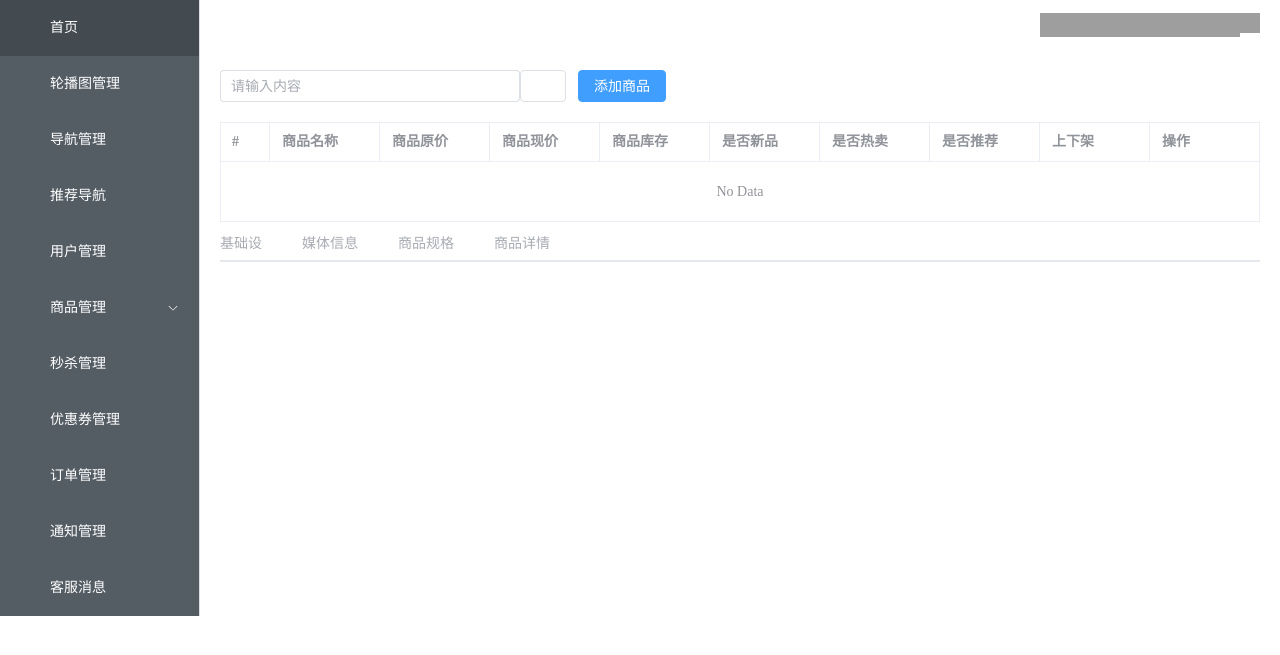
Repository: xinwuhao/CCG
Page: /addgoods
The author's editor kept a copy of each file at every save. The page is drawn from the files as they stood at one save, then again after the next save.
The browser window is 1280 px wide. The pictures show the whole page.
Pictures or frames that could not be fetched are drawn as grey boxes. The page's requests for data from a server got no answer. The project was rebuilt for these pictures with package versions that can differ from the ones it lists, and the page was loaded fresh each time. No one was signed in, and anything a server would have sent is missing. Also part of the build but not shown: vite.config.ts.

Above is the page before, as saved 2021-09-24 11:16:40.

### src/main.ts
import { createApp } from 'vue'
import App from "./App.vue";
import router from "./router"
import ElementPlus from 'element-plus'
import 'element-plus/dist/index.css'
import * as Icons from '@element-plus/icons'
import { toLine } from './utils/index'

const app = createApp(App)

for (let i in Icons) {
    app.component(`el-icon${toLine(i)}`, (Icons as any)[i])
}

app.use(router)
app.use(ElementPlus)
app.mount('#app')

### src/App.vue
<template>
  <div>
    <router-view></router-view>
  </div>
</template>

<script setup lang="ts">
</script>

<style lang='scss'>
@import "./scssbox.scss";
</style>

### src/router/index.ts
import { createRouter, createWebHistory, RouteRecordRaw } from 'vue-router'
// import Home from '../views/homepage/homepage.vue'
import Layout from '../views/layout/Layout.vue'

const routes: Array<RouteRecordRaw> = [
  {
    path: '/login',
    name: 'Logon',
    component: () => import('../views/login/Login.vue'),
    meta: {
      title: '登录'
    }
  },
  {
    path: '/',
    component: Layout,
    // 子路由: children
    children: [
      {
        path: '/',
        name: '/',
        component: () => import('../views/homepage/homepage.vue'),
        meta: {
          title: '首页',
          meta: '/homepage'
        }
      },
      {
        path: '/discount',
        name: 'discount',
        component: () => import('../views/discount/discount.vue'),
        meta: {
          title: '优惠券管理',
          meta: '/discount'
        }
      },
      {
        path: '/navigation',
        name: 'navigation',
        component: () => import('../views/navigation/navigation.vue'),
        meta: {
          title: '导航管理',
          meta: '/navigation'
        }
      },
      {
        path: '/swiper',
        name: 'swiper',
        component: () => import('../views/swiper/swiper.vue'),
        meta: {
          title: '轮播图管理',
          meta: '/swiper'
        }
      },
      {
        path: '/recommend',
        name: 'recommend',
        component: () => import('../views/recommend/recommend.vue'),
        meta: {
          title: '推荐导航',
          meta: '/recommend'
        }
      },
      {
        path: '/user',
        name: 'user',
        component: () => import('../views/user/user.vue'),
        meta: {
          title: '用户管理',
          meta: '/user'
        }
      },
      {
        path: '/addgoods',
        name: 'addgoods',
        component: () => import('../views/goods/addgoods.vue'),
        meta: {
          title: '添加商品',
          meta: '/addgoods'
        }
      },
      {
        path: '/sortgoods',
        name: 'sortgoods',
        component: () => import('../views/goods/sortgoods.vue'),
        meta: {
          title: '商品分类',
          meta: '/sortgoods'
        }
      },
      {
        path: '/modelgoods',
        name: 'modelgoods',
        component: () => import('../views/goods/modelgoods.vue'),
        meta: {
          title: '商品模型',
          meta: '/modelgoods'
        }
      },
      {
        path: '/specsgoods',
        name: 'specsgoods',
        component: () => import('../views/goods/specsgoods.vue'),
        meta: {
          title: '商品规格',
          meta: '/specsgoods'
        }
      },
      {
        path: '/parametergoods',
        name: 'parametergoods',
        component: () => import('../views/goods/parametergoods.vue'),
        meta: {
          title: '商品参数',
          meta: '/parametergoods'
        }
      },
      {
        path: '/specifications',
        name: 'specifications',
        component: () => import('../views/goods/specifications.vue'),
        meta: {
          title: '规格参数',
          meta: '/specifications'
        }
      },
      {
        path: '/seckill',
        name: 'seckill',
        component: () => import('../views/seckill/seckill.vue'),
        meta: {
          title: '秒杀管理',
          meta: '/seckill'
        }
      },
      {
        path: '/order',
        name: 'order',
        component: () => import('../views/order/order.vue'),
        meta: {
          title: '订单管理',
          meta: '/order'
        }
      },
      {
        path: '/notice',
        name: 'notice',
        component: () => import('../views/notice/notice.vue'),
        meta: {
          title: '通知管理',
          meta: '/notice'
        }
      },
      {
        path: '/news',
        name: 'news',
        component: () => import('../views/news/news.vue'),
        meta: {
          title: '客服消息',
          meta: '/news'
        }
      },
    ]
  }
]

const router = createRouter({
  history: createWebHistory(),
  routes
})

router.beforeEach((to, from, next) => {
  document.title = to.meta.title as string
  next()
})

export default router

### src/utils/index.ts
export const toLine = (str: string) => {
  return str.replace(/([A-Z])/g, "-$1").toLowerCase()
}

### src/scssbox.scss
* {
    margin: 0;
    padding: 0;
}

html,
body,
#app,
.el-container,
.el-menu {
    height: 100%;
}

### src/views/layout/Layout.vue
<template>
  <el-container>
    <el-aside width="auto">
      <nav-left :isCollapse='isCollapse'></nav-left>
    </el-aside>
    <el-container>
     <el-header>
        <nav-header v-model:isCollapse='isCollapse'></nav-header>
     </el-header>
      <el-main>
        <router-view></router-view>
      </el-main>
    </el-container>
  </el-container>
</template>

<script setup lang="ts">
import { ref, reactive } from 'vue'
import NavHeader from  '../../components/navHeader/NavHeader.vue'
import NavLeft from  '../../components/navLeft/NavLeft.vue'

interface Data {
  name: string,
  age: number
}

let isCollapse = ref<boolean>(false)
let data = reactive<Data>({
  name: 'jack',
  age: 20
})
</script>

<style scoped lang="scss">
.el-header {
  height: 50px;
  padding: 0;
}
</style>

### src/views/goods/addgoods.vue
<template>
  <div>
    <div v-if="judge == 0">
      <div class="searchBox">
        <el-input
          placeholder="请输入内容"
          v-model="input"
          clearable
          class="inputBox"
        >
        </el-input>
        <el-button icon="el-icon-search" @click="obtain"></el-button>
        <el-button type="primary" @click="ON">添加商品</el-button>
      </div>
      <!-- 表格 -->
      <div style="margin-top: 20px">
        <el-table :data="tableData" border style="width: 100%">
          <el-table-column label="#" type="index" width="50"> </el-table-column>
          <el-table-column prop="content" label="商品名称"> </el-table-column>
          <el-table-column prop="content" label="商品原价"> </el-table-column>
          <el-table-column prop="content" label="商品现价"> </el-table-column>
          <el-table-column prop="content" label="商品库存"> </el-table-column>
          <el-table-column label="是否新品">
            <template #default="scope">
              <div>
                {{ scope.row.isShow == true ? "是" : "否" }}
              </div>
            </template>
          </el-table-column>
          <el-table-column label="是否热卖">
            <template #default="scope">
              <div>
                {{ scope.row.isShow == true ? "是" : "否" }}
              </div>
            </template>
          </el-table-column>
          <el-table-column label="是否推荐">
            <template #default="scope">
              <div>
                {{ scope.row.isShow == true ? "是" : "否" }}
              </div>
            </template>
          </el-table-column>
          <el-table-column fixed="right" label="上下架">
            <template #default="scope">
              <el-switch
                v-model="scope.row.isShow"
                active-color="#1E90FF"
                inactive-color="#ff4949"
                @change="chen(scope.row)"
              >
              </el-switch>
            </template>
          </el-table-column>
          <el-table-column fixed="right" label="操作">
            <template #default="scope">
              <el-button @click="reduce(scope.row)" type="text" size="small"
                >删除</el-button
              >
              <el-button type="text" size="small" @click="alter(scope.row)"
                >编辑</el-button
              >
            </template>
          </el-table-column>
        </el-table>
      </div>
    </div>

    <!-- 添加商品弹出层 -->
    <div v-if="judge !== 0">
      <el-tabs v-model="judge">
        <el-tab-pane label="基础设" name="1" disabled>User</el-tab-pane>
        <el-tab-pane label="媒体信息" name="2" disabled>Config</el-tab-pane>
        <el-tab-pane label="商品规格" name="3" disabled>Role</el-tab-pane>
        <el-tab-pane label="商品详情" name="4" disabled>Task</el-tab-pane>
      </el-tabs>
    </div>
  </div>
</template>

<script setup lang="ts">
import { ref, onMounted } from "vue";
import api from "../../http/aip";
import { ElMessage } from "element-plus";

interface Obj {
  content: string;
}
// 输入框
let input = ref<any>("");
//切换层
let judge = ref<string>("0");
//上传图片token
let abc = { Authorization: localStorage.getItem("token") };
//表格数据
let tableData = ref<any>([]);
//表单
let swiper = ref<Obj>({
  content: "",
});
//添加按钮
let ON = () => {
  judge.value = "1";
};

//删除
let reduce = (e: any) => {
  api
    .delNotice(e._id)
    .then((res: any) => {
      if (res.code == 200) {
        ElMessage.success({
          message: `${res.msg}`,
          type: "success",
        });
        obtain();
      } else ElMessage.error(`${res.msg}`);
    })
    .catch((err: any) => {
      console.log(err);
    });
};
//显示
let chen = (e: any) => {
  api
    .showNotice({
      id: e._id,
      isShow: e.isShow,
    })
    .then((res: any) => {
      if (res.code == 200) {
        ElMessage.success({
          message: `${res.msg}`,
          type: "success",
        });
        obtain();
      } else ElMessage.error(`${res.msg}`);
    })
    .catch((err: any) => {
      console.log(err);
    });
};
let current = ref<number>(1);
let pageSize = ref<number>(10);
//获取数据
let obtain = () => {
  api
    .getNotice({
      current: current.value,
      pageSize: pageSize.value,
      query: input.value,
    })
    .then((res: any) => {
      if (res.code == 200) {
        tableData.value = res.data;
      }
    })
    .catch((err: any) => {
      console.log(err);
    });
};
onMounted(() => {
  obtain();
});
</script>

<style scoped>
.searchBox {
  display: flex;
}
.inputBox {
  width: 300px;
}
.blueFont {
  color: #1e90ff;
}
.imgBox {
  width: 100px;
  height: 100px;
}
</style>

### src/components/navHeader/NavHeader.vue
<template>
  <div class="header">
    <div @click="toggle" class="cent">
      <el-icon-expand v-if="isCollapse"></el-icon-expand>
      <el-icon-fold v-else></el-icon-fold>
      <div class="cenn">
        <iframe
          width="200"
          height="24"
          frameborder="0"
          scrolling="no"
          hspace="0"
          src="https://i.tianqi.com/?c=code&id=11"
        ></iframe>
        <div>
          <img
            src="https://img0.baidu.com/it/u=3730772664,138405132&fm=26&fmt=auto"
            class="img"
          />
        </div>
      </div>
    </div>
  </div>
</template>

<script lang='ts' setup>
import { ref } from "vue";
import { Fold, Expand } from "@element-plus/icons";

let props = defineProps({
  isCollapse: {
    type: Boolean,
    default: false,
  },
});
let emits = defineEmits(["update:isCollapse"]);
let toggle = () => {
  emits("update:isCollapse", !props.isCollapse);
};
</script>

<style lang='scss' scoped>
svg {
  width: 20px;
  height: 20px;
}
.header {
  height: 50px;
  display: flex;
  align-items: center;
  padding: 0 20px;
}
.cent {
  display: flex;
  width: 100%;
}
.cenn {
  display: flex;
  justify-content: flex-end;
  width: 100%;
}
.img {
  width: 20px;
  height: 20px;
}
</style>

### src/components/navLeft/NavLeft.vue
<template>
  <el-menu
    :uniqueOpened="true"
    default-active="1"
    class="el-menu"
    background-color="#545c64"
    text-color="#fff"
    active-text-color="#ffd04b"
    :collapse="isCollapse"
    :router="true"
  >
    <template v-for="(item, index) in arr" :key="index">
      <el-menu-item :index="item.path" v-if="item.name !== '商品管理'">
        <component :is="item.i" class="iconbox"></component>
        <template #title>{{ item.name }}</template>
      </el-menu-item>
      <el-sub-menu :index="item.path" v-else>
        <template #title>
          <component :is="item.i" class="iconbox"></component>
          <span>{{ item.name }}</span>
        </template>
        <template v-for="(item1, index1) in arr1" :key="index1">
          <el-menu-item :index="item1.path">
            <component :is="item1.i" class="iconbox"></component>
            <span> {{ item1.name }}</span>
          </el-menu-item>
        </template>
      </el-sub-menu>
    </template>
  </el-menu>
</template>

<script lang='ts' setup>
import { ref } from "vue";
let arr = ref<any>([
  { name: "首页", i: "el-icon-house", path: "/" },
  { name: "轮播图管理", i: "el-icon-help", path: "/swiper" },
  { name: "导航管理", i: "el-icon-data-line", path: "/navigation" },
  { name: "推荐导航", i: "el-icon-document-copy", path: "/recommend" },
  { name: "用户管理", i: "el-icon-user", path: "/user" },
  { name: "商品管理", i: "el-icon-paperclip", path: "" },
  { name: "秒杀管理", i: "el-icon-reading", path: "/seckill" },
  { name: "优惠券管理", i: "el-icon-coin", path: "/discount" },
  { name: "订单管理", i: "el-icon-set-up", path: "/order" },
  { name: "通知管理", i: "el-icon-microphone", path: "/notice" },
  { name: "客服消息", i: "el-icon-chat-line-round", path: "/news" },
]);
let arr1 = ref<any>([
  { name: "添加商品", i: "el-icon-document-add", path: "/addgoods" },
  { name: "商品分类", i: "el-icon-tickets", path: "/sortgoods" },
  { name: "商品模型", i: "el-icon-set-up", path: "/modelgoods" },
  { name: "商品规格", i: "el-icon-position", path: "/specsgoods" },
  { name: "商品参数", i: "el-icon-cpu", path: "/parametergoods" },
  { name: "规格参数", i: "el-icon-takeaway-box", path: "/specifications" },
]);
let props = defineProps({
  isCollapse: {
    type: Boolean,
    default: false,
  },
});
</script>

<style lang='scss' scoped>
.el-menu:not(.el-menu--collapse) {
  width: 200px;
}
.iconbox {
  width: 20px;
  height: 20px;
  margin-right: 10px;
}
</style>

### src/http/index.ts
import axios, { AxiosError, AxiosRequestConfig, AxiosResponse } from 'axios'


const http = axios.create({
   baseURL: 'http://localhost:1001',
   timeout: 10000
})


http.interceptors.request.use((config: AxiosRequestConfig) => {
   let token = localStorage.getItem('token')
   if (token) {
      config.headers['Authorization'] = token
   }
   return config
}, (err: AxiosError) => {
   return Promise.reject(err)
})


http.interceptors.response.use((res: any) => {
   return res.data
}, (err: AxiosError) => {
   let status: number = err.response! && err.response!.status
   if (status === 401) {

   }
   if (status === 400) {

   }
   if (status === 403) {

   }
   if (status === 404) {

   }
   if (status === 500) {

   }
   if (status === 503) {

   }
   return Promise.reject(err)
})


export default http

Loaded but not shown: index.html (common file); src/http/aip.ts (485 lines, source omitted)

After the next save:
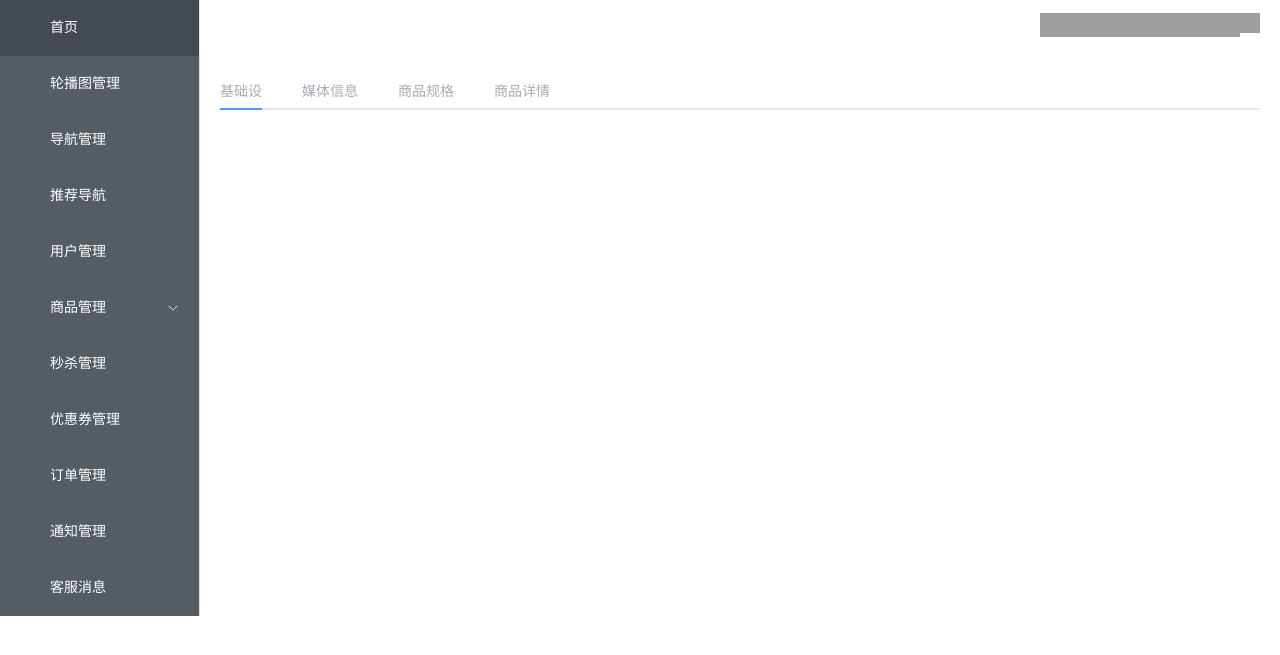
Saved 46 s later.
--- a/src/views/goods/addgoods.vue
+++ b/src/views/goods/addgoods.vue
@@ -69,7 +69,9 @@
     <!-- 添加商品弹出层 -->
     <div v-if="judge !== 0">
       <el-tabs v-model="judge">
-        <el-tab-pane label="基础设" name="1" disabled>User</el-tab-pane>
+        <el-tab-pane label="基础设" name="1" disabled>
+
+        </el-tab-pane>
         <el-tab-pane label="媒体信息" name="2" disabled>Config</el-tab-pane>
         <el-tab-pane label="商品规格" name="3" disabled>Role</el-tab-pane>
         <el-tab-pane label="商品详情" name="4" disabled>Task</el-tab-pane>
@@ -89,7 +91,7 @@ interface Obj {
 // 输入框
 let input = ref<any>("");
 //切换层
-let judge = ref<string>("0");
+let judge = ref<string>("1");
 //上传图片token
 let abc = { Authorization: localStorage.getItem("token") };
 //表格数据
